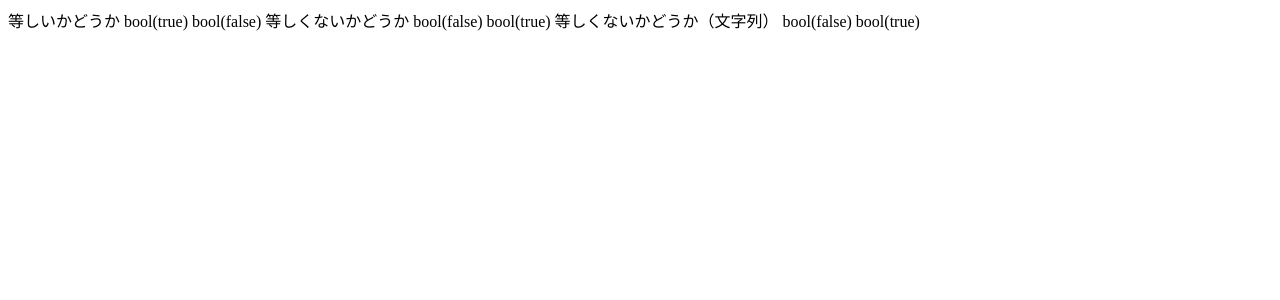
Repository: eri-seisaku/php
Page: http://localhost/operator.php
The author's editor kept a record of every edit. The page is drawn from the files as they stood at one moment, then again after the next edit.
The browser window is 1280 px wide. The pictures show the whole page.
The page is run by PHP 8.4 with error messages shown; the project is at /var/www/html/.

Above is the page before.

After the next edit:
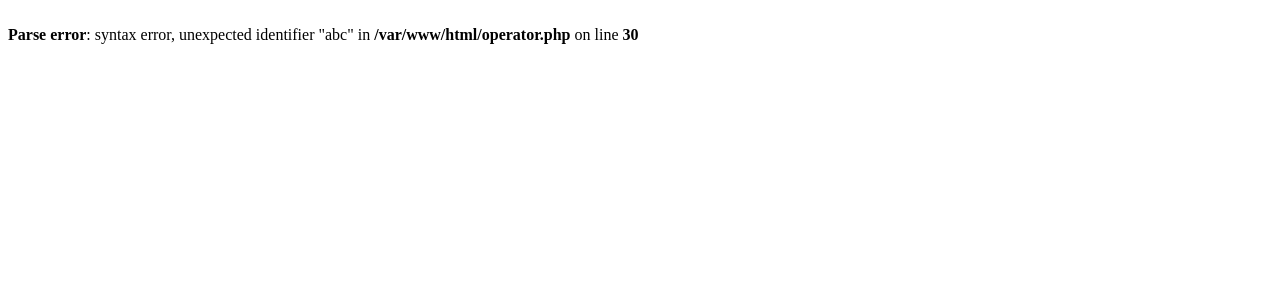
The edit:
--- a/operator.php
+++ b/operator.php
@@ -18,7 +18,17 @@
 echo "等しくないかどうか（文字列）\n";
 $s = 'abc';
 
-var_dump($i !== 1);
-var_dump($i !== 2);
+var_dump($s === 'abc');
+var_dump($s === 'ABC');
+var_dump($s === 'a');
+
+//
+echo "\n";
+echo "== と === の確認 その1\n";
+$s = 'ab
+
+var_dump($s === 'abc');
+var_dump($s === 'ABC');
+var_dump($s === 'a');
 
 ?>
